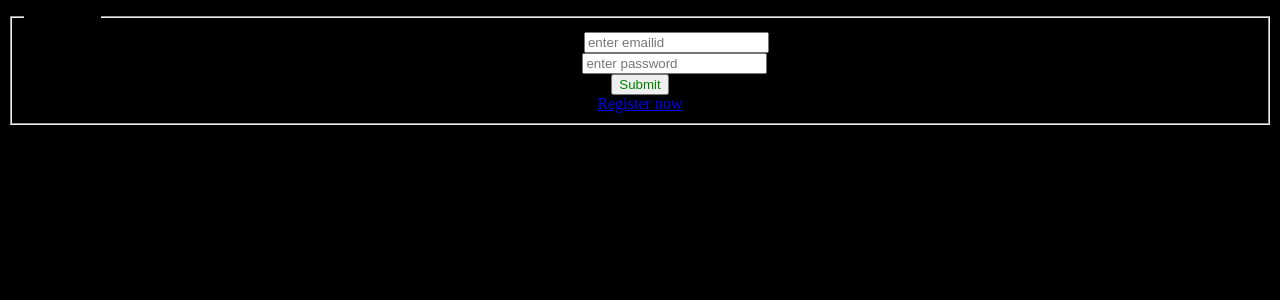
Repository: Tharungandhi/ServeltProject
Page: ServletJDBCApp/WebContent/login.html
The author's editor kept a copy of each file at every save. The page is drawn from the files as they stood at one save, then again after the next save.
The browser window is 1280 px wide. The pictures show the whole page.

Above is the page before, as saved 2019-01-29 10:50:39.

After the next save:
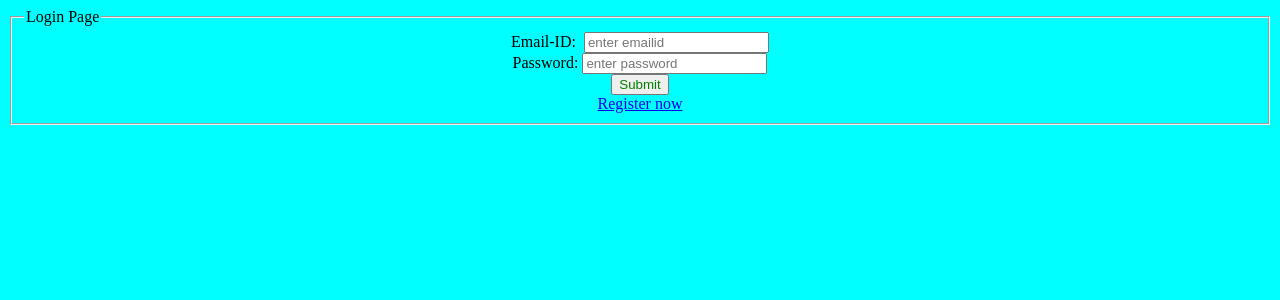
Saved 22 s later.
--- a/ServletJDBCApp/WebContent/login.html
+++ b/ServletJDBCApp/WebContent/login.html
@@ -19,7 +19,7 @@
 <head>
 <style>
     body {
-      background-color: infotext;
+      background-color: aqua;
     }
 
 
